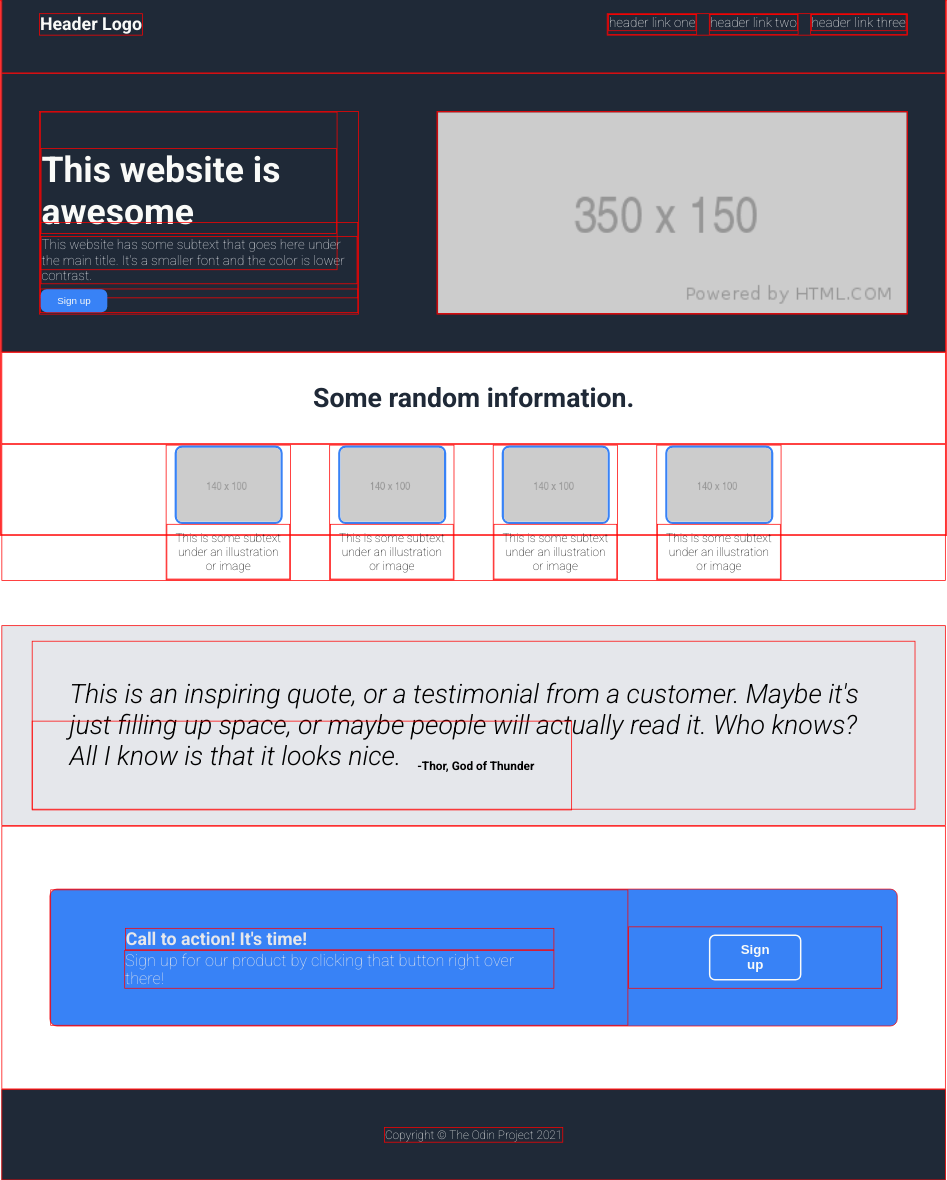
Repository: weazzyefff/The-Landing-Page
Page: index.html
An editor plug-in stored every save of this project. The page is shown before and after the next save, followed by the edit.
The browser window is 1280 px wide. The pictures show the whole page, at 74% of full size.

Above is the page before, as saved 2022-11-01 19:33:41.
Not found: index.js

After the next save:
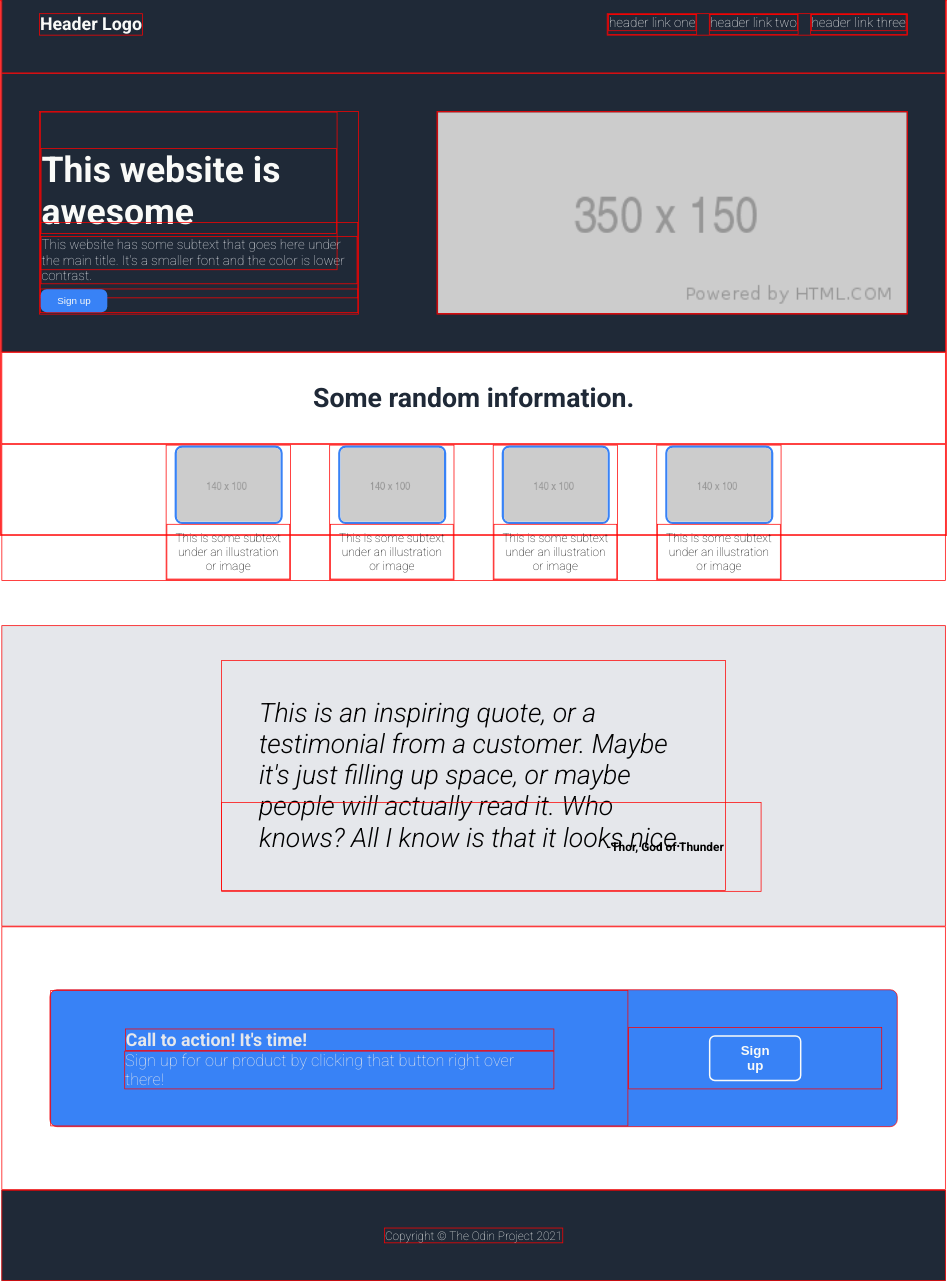
Saved 61 s later.
--- a/css/styles.css
+++ b/css/styles.css
@@ -152,7 +152,7 @@ ul {
     flex-direction: column;
     justify-content: center;
     background-color: #E5E7EB;
-    padding: 20px 40px;
+    padding: 46px 296px;
 }
 
 .quote {
